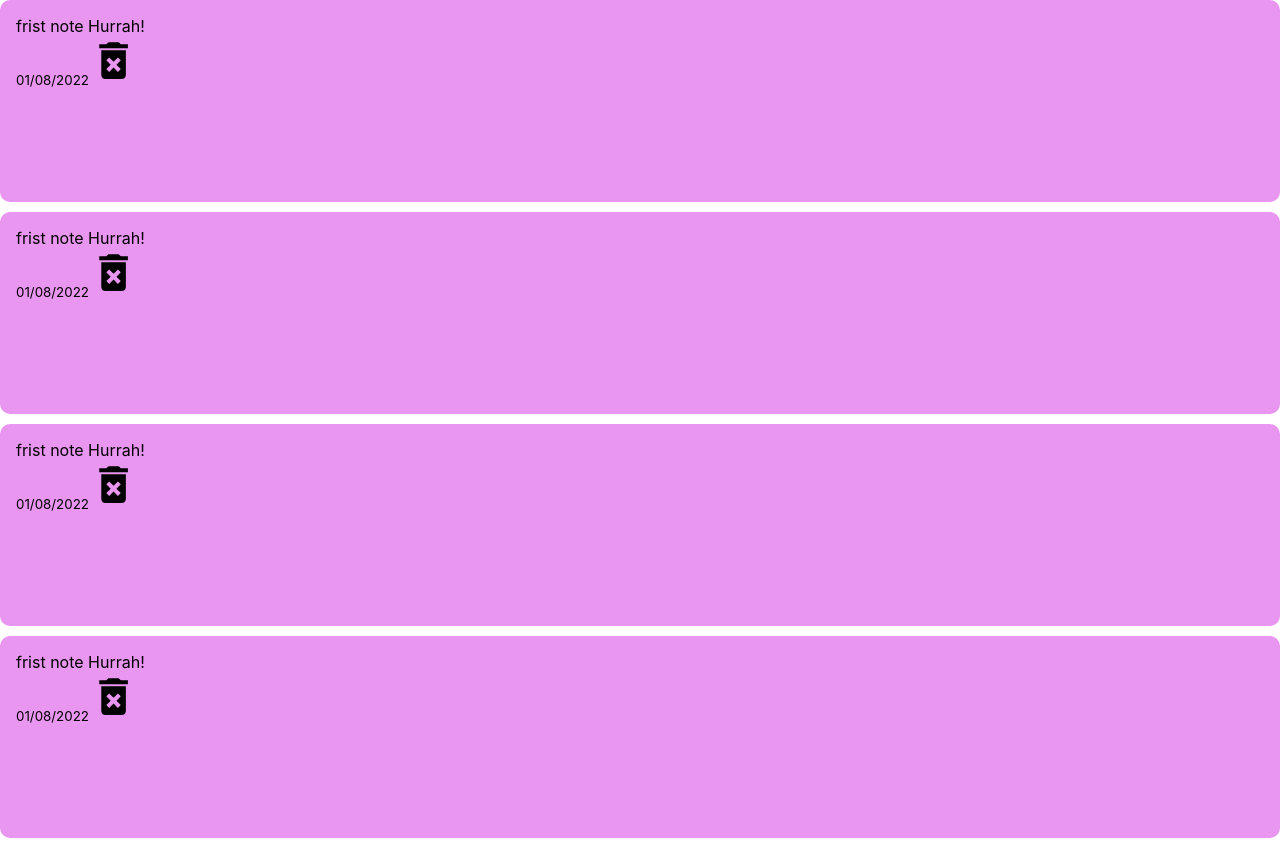
Repository: DeraBola/react-notes-app
Page: /
These files come from the project's save history. The page is drawn as it stood at one moment and after the next save; the edit follows.
The browser window is 1280 px wide. The pictures show the whole page.
The project was rebuilt for these pictures with package versions that can differ from the ones it lists, and the page was loaded fresh each time.

Above is the page before, as saved 2022-08-01 08:28:48.

After the next save:
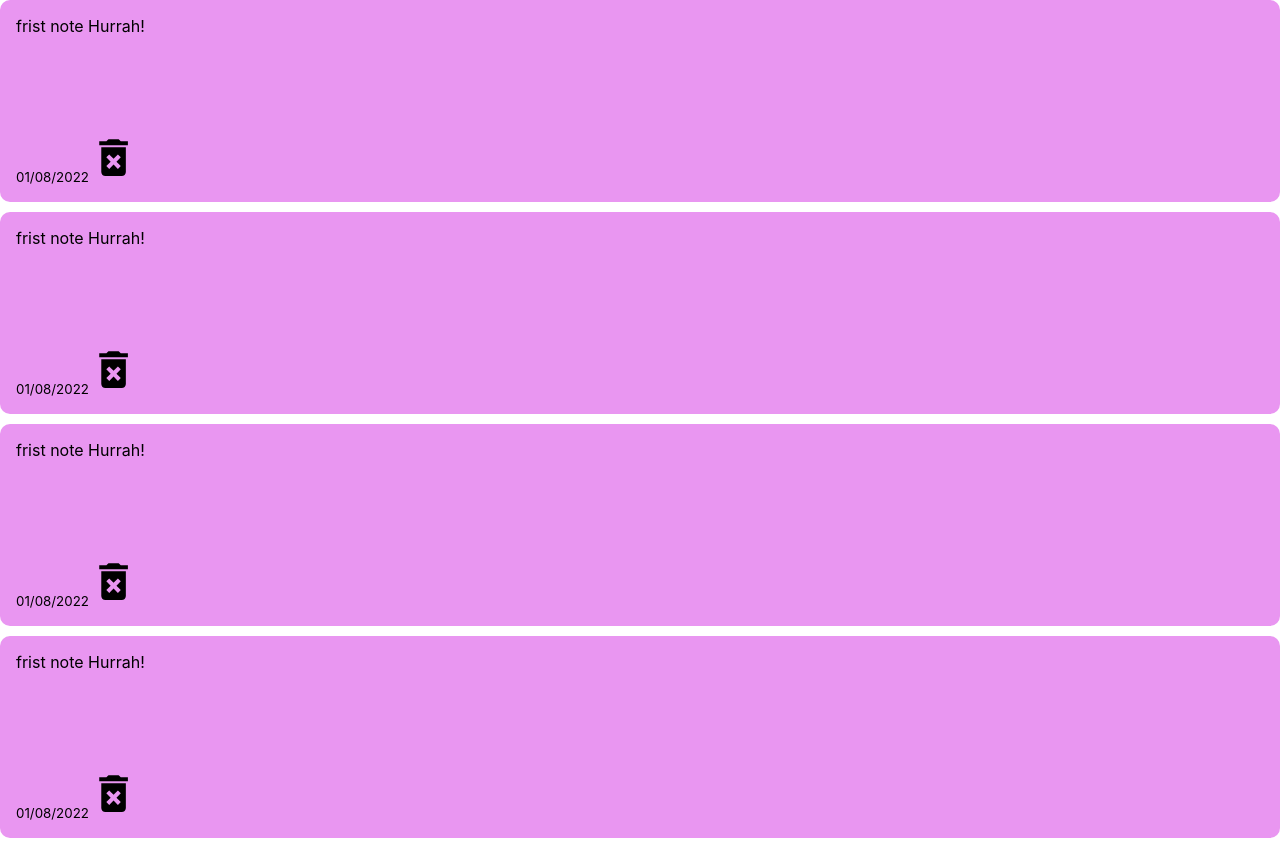
Saved 14 s later.
--- a/src/index.css
+++ b/src/index.css
@@ -17,5 +17,5 @@ code {
     min-height: 170px;
     display: flex;
     flex-direction: column;
-    justify-content: ;
+    justify-content: space-between;
 }
